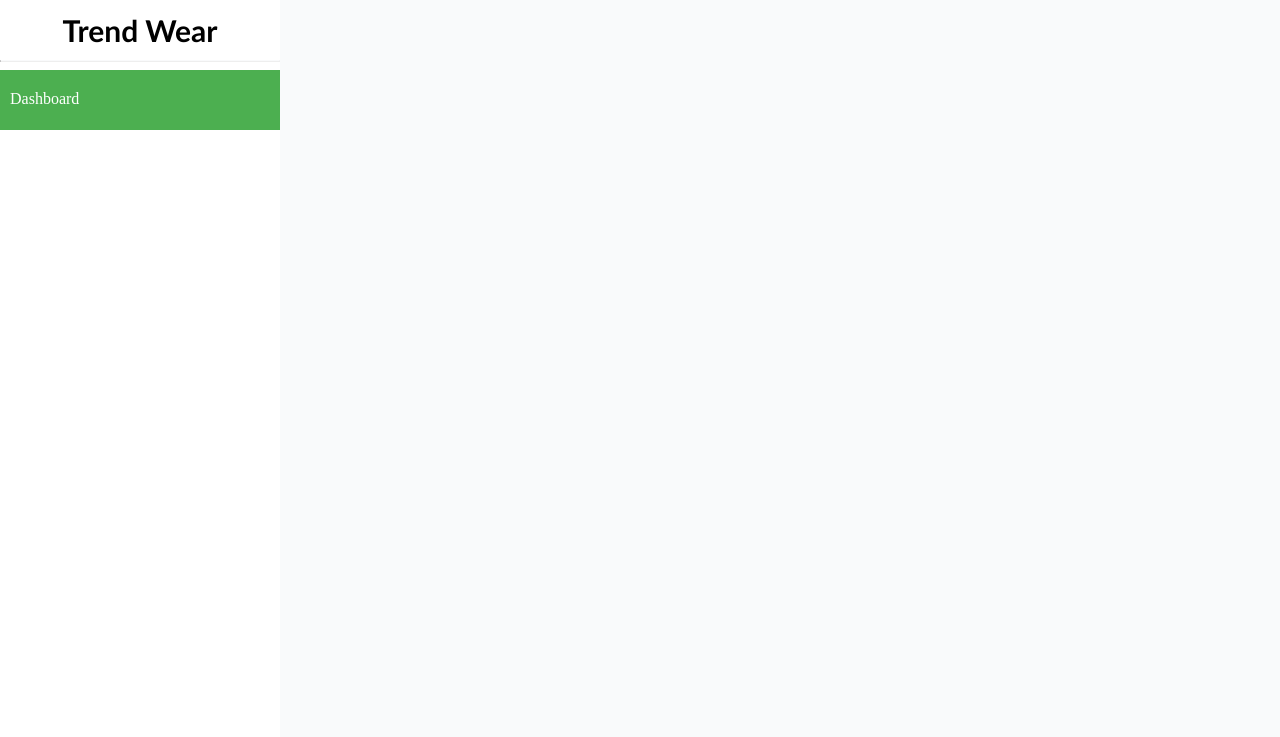
Repository: ahmad-dev7/TrendWear
Page: / (app in trend_wear_dashboard/)
These files come from the project's save history. The page is drawn as it stood at one moment and after the next save; the edit follows.
The browser window is 1280 px wide. The pictures show the whole page.
The project was rebuilt for these pictures with package versions that can differ from the ones it lists, and the page was loaded fresh each time. Also part of the build but not shown: trend_wear_dashboard/vite.config.ts.

Above is the page before, as saved 2025-01-19 13:57:08.

After the next save:
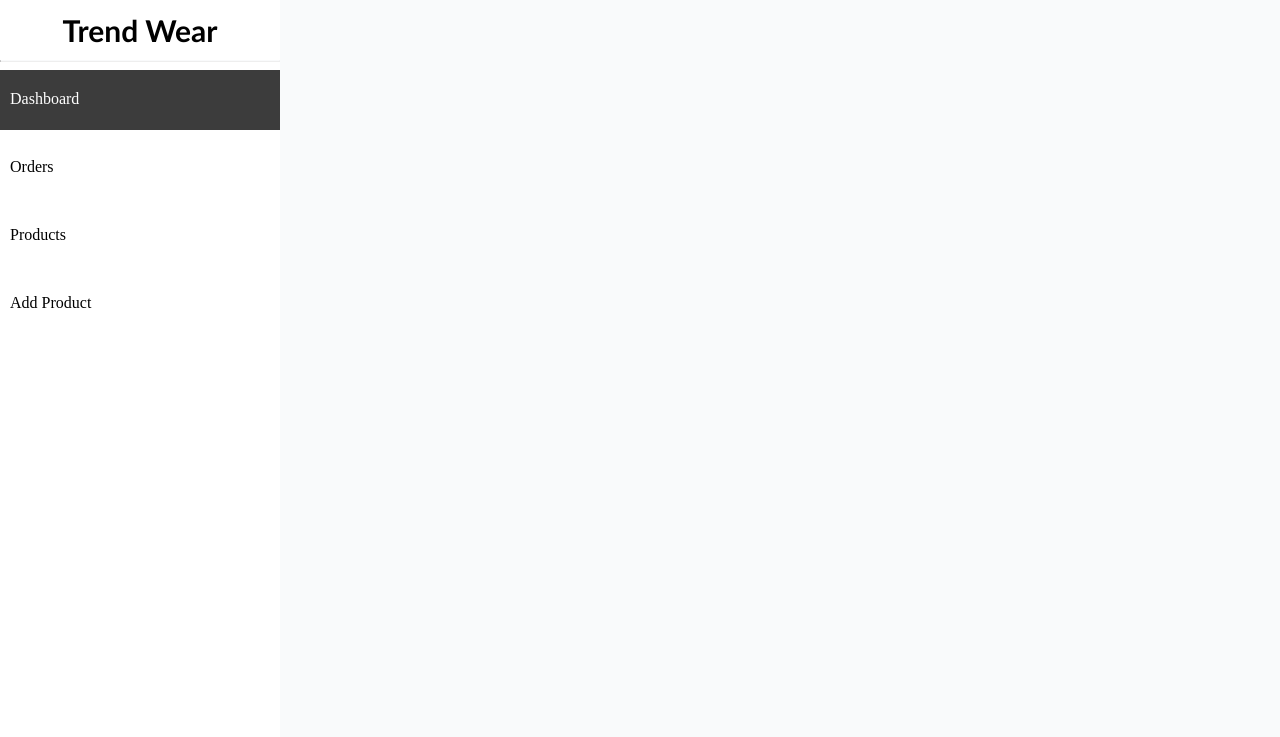
Saved 38 s later.
--- a/trend_wear_dashboard/src/Sidebar/sidebar.css
+++ b/trend_wear_dashboard/src/Sidebar/sidebar.css
@@ -33,9 +33,10 @@
     height: 40px;
     margin-bottom: 8px;
     padding: 20px 0px 0px 10px;
-    color: white;
+    color: black;
 }
 
 #sidebar-content .active {
-    background-color: #4CAF50;
+    background-color: #3c3c3c;
+    color: white;
 }
